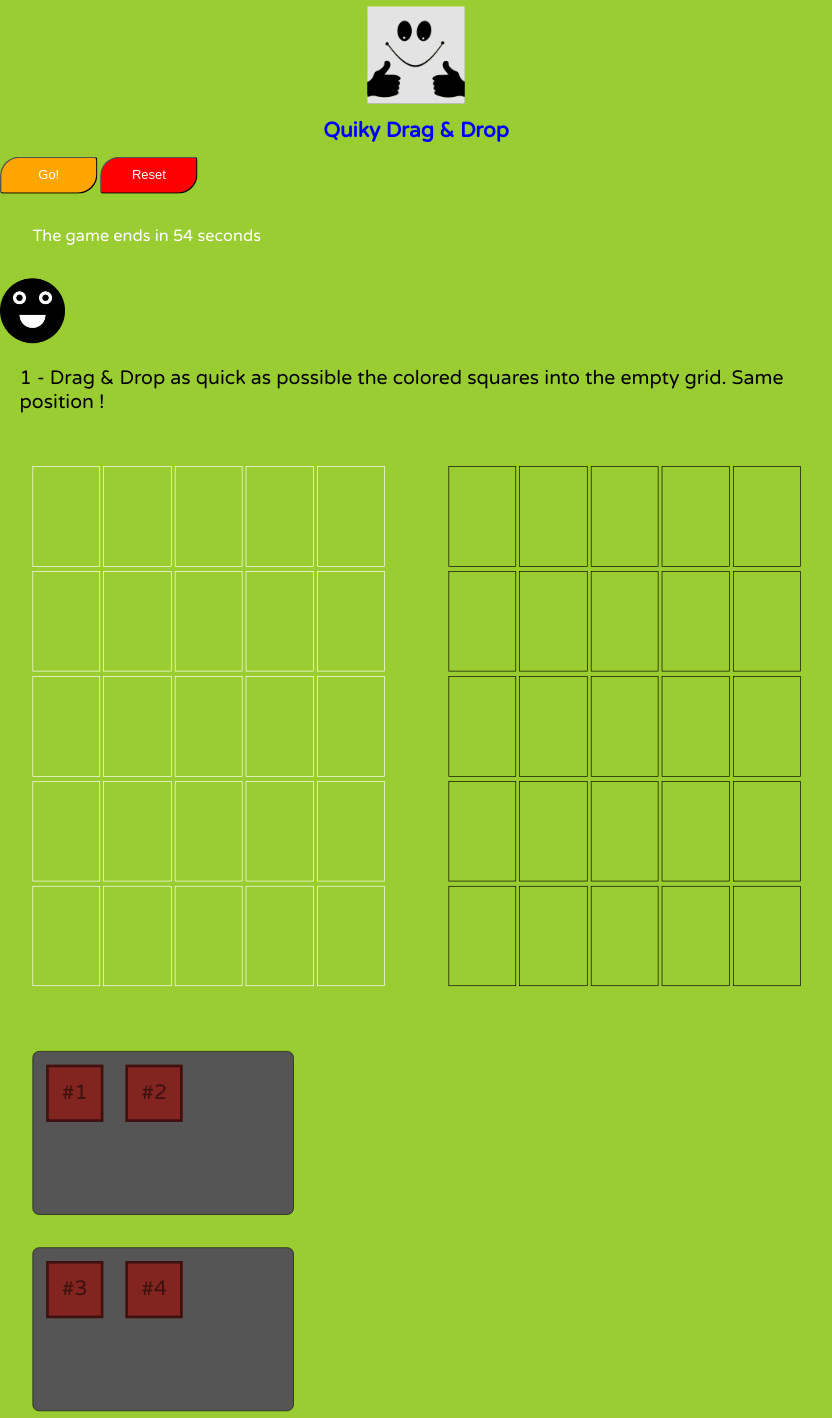
Repository: Siehan/Quiky-drag-and-drop
Page: index.html
These files come from the project's save history. The page is drawn as it stood at one moment and after the next save; the edit follows.
The browser window is 1280 px wide. The pictures show the whole page, at 65% of full size.

Above is the page before, as saved 2020-01-22 15:14:03.
Console error: TypeError: Cannot read properties of null (reading 'addEventListener')

After the next save:
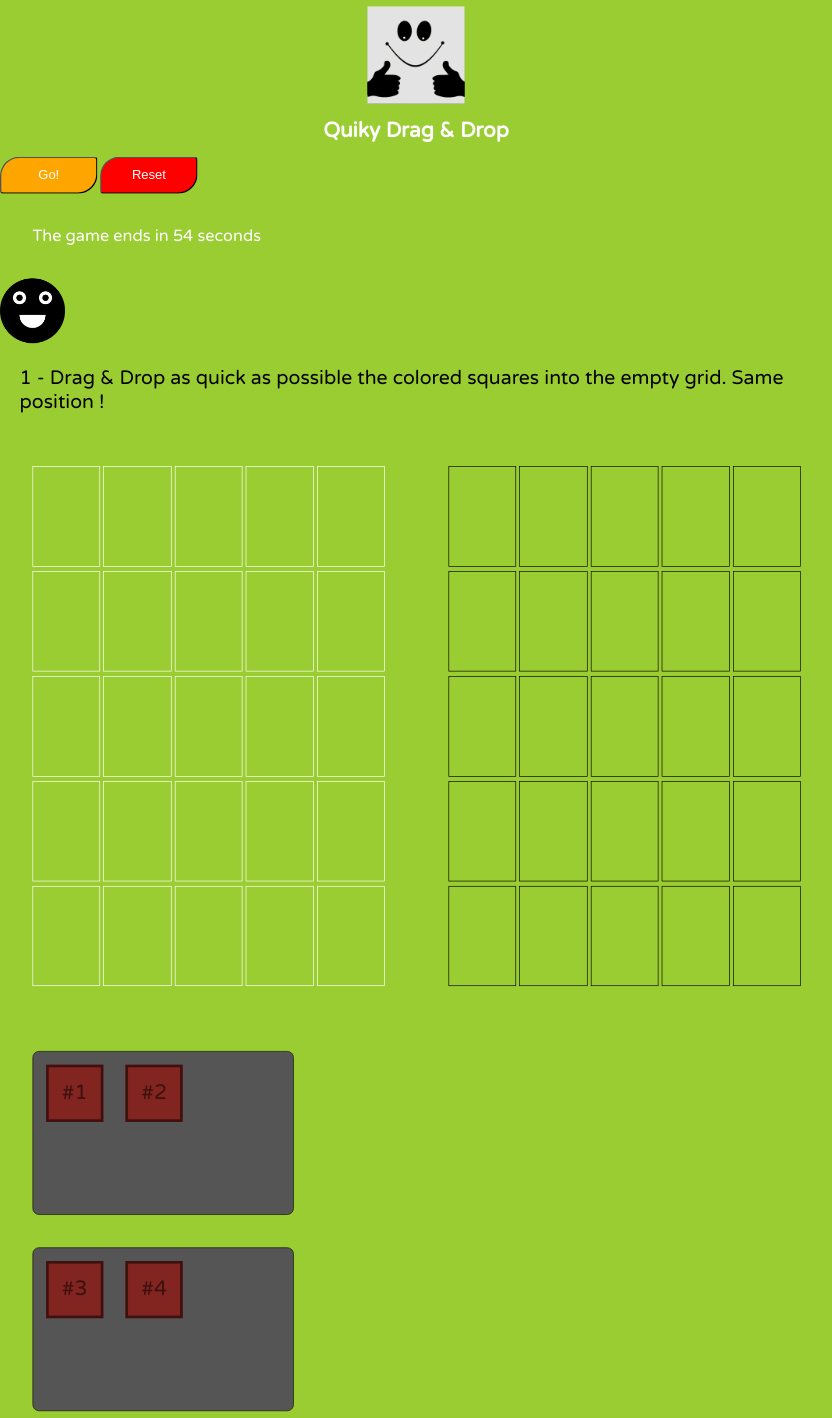
Saved 9 s later.
--- a/style.css
+++ b/style.css
@@ -26,7 +26,7 @@ body, html {
 }
 
 h1 {
-  color: blue;
+  color: white;
   text-align: center;
   border-style: 2px black;
 }
